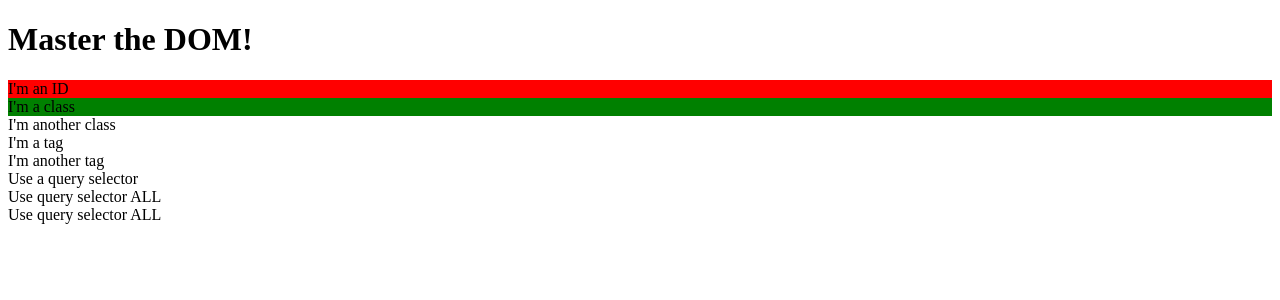
Repository: glgeorgiou/100-days-of-code-projects
Page: DOM Testing/1.html
These files come from the project's save history. The page is drawn as it stood at one moment and after the next save; the edit follows.
The browser window is 1280 px wide. The pictures show the whole page.

Above is the page before, as saved 2020-04-14 10:33:16.

After the next save:
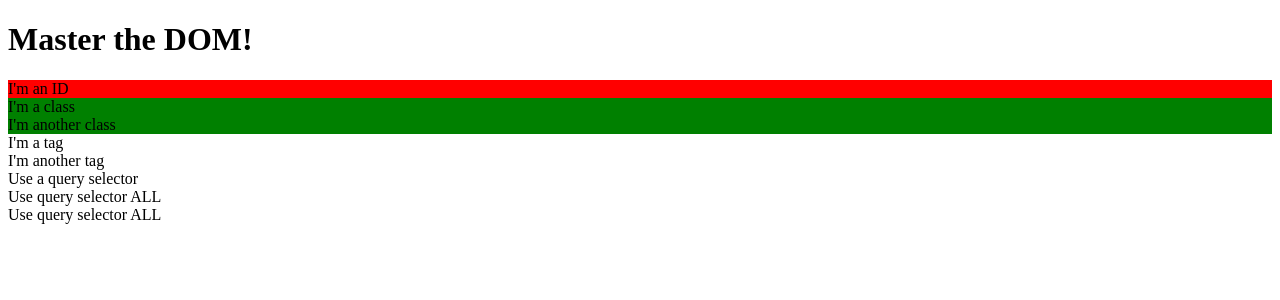
Saved 49 s later.
--- a/DOM Testing/1.js
+++ b/DOM Testing/1.js
@@ -4,6 +4,12 @@
 testId = document.getElementById('test');
 testId.style.backgroundColor = 'red'
 
+
 //2nd paragraph
 testClass = document.getElementsByClassName('test');
-testClass[0].style.backgroundColor = 'green'
+//Single element
+//testClass[0].style.backgroundColor = 'green'
+//Using for
+for (i = 0; i < testClass.length; i++) {
+    testClass[i].style.backgroundColor = 'green';
+  }
